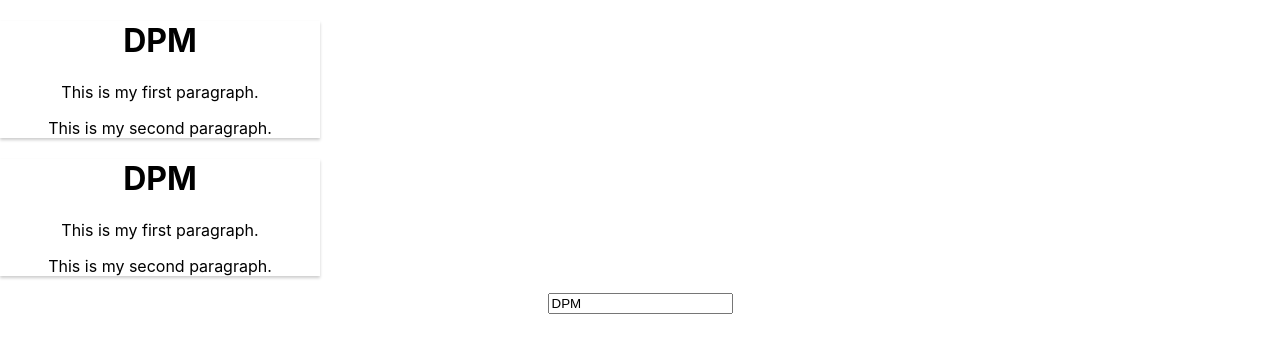
Repository: AidanHak/udemy-react-guide
Page: / (app in base-syntax--assignment-problem/)
An editor plug-in stored every save of this project. The page is shown before and after the next save, followed by the edit.
The browser window is 1280 px wide. The pictures show the whole page.
The project was rebuilt for these pictures with package versions that can differ from the ones it lists, and the page was loaded fresh each time.

Above is the page before, as saved 2020-12-17 19:33:22.

### base-syntax--assignment-problem/src/App.js
import React, { Component } from 'react';
import './App.css';
import UserInput from './UserInput/UserInput';
import UserOutput from './UserOutput/UserOutput';

class App extends Component {
	state = {
		username: 'DPM'
	}

	changeUsernameHandler = (event) => {
		this.setState({
			username: event.target.value
		})
	}

	render() {
		return (
		  <div className="App">
				<UserOutput
					username={this.state.username}></UserOutput>
				<UserOutput
					username={this.state.username}></UserOutput>
				<UserInput
					username={this.state.username}
					usernameChange={this.changeUsernameHandler}></UserInput>
		  </div>
		);
	}
}

export default App;

### base-syntax--assignment-problem/src/UserInput/UserInput.js
import React from 'react';

const UserInput = (props) => {
	return (
		<div className="UserInput">
			<input type="text" value={props.username} onChange={props.usernameChange} />
		</div>
	)
}

export default UserInput;

### base-syntax--assignment-problem/src/UserOutput/UserOutput.js
import React from 'react';

const UserOutput = (props) => {
	const style = {
		width: '25%',
		boxShadow: '0 2px 3px #ccc'
	}

	return (
		<div className="UserOutput" style={style}>
			<h1>{props.username}</h1>
			<p>This is my first paragraph.</p>
			<p>This is my second paragraph.</p>
		</div>
	)
}

export default UserOutput;

Loaded but not shown: base-syntax--assignment-problem/public/index.html (common file); base-syntax--assignment-problem/src/index.js (common file); base-syntax--assignment-problem/src/index.css (common file); base-syntax--assignment-problem/src/reportWebVitals.js (common file); base-syntax--assignment-problem/src/App.css (common file)

After the next save:
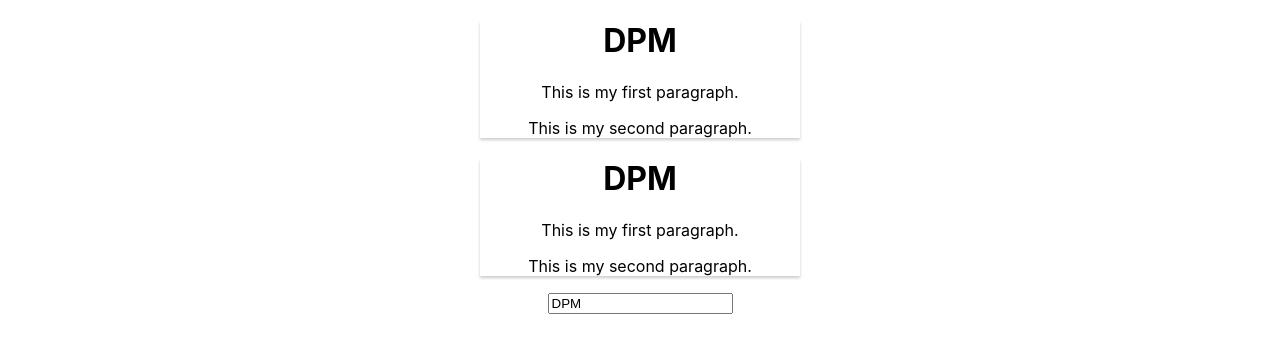
Saved 10 s later.
--- a/base-syntax--assignment-problem/src/UserOutput/UserOutput.js
+++ b/base-syntax--assignment-problem/src/UserOutput/UserOutput.js
@@ -3,6 +3,7 @@ import React from 'react';
 const UserOutput = (props) => {
 	const style = {
 		width: '25%',
+		margin: '10px auto',
 		boxShadow: '0 2px 3px #ccc'
 	}
 
